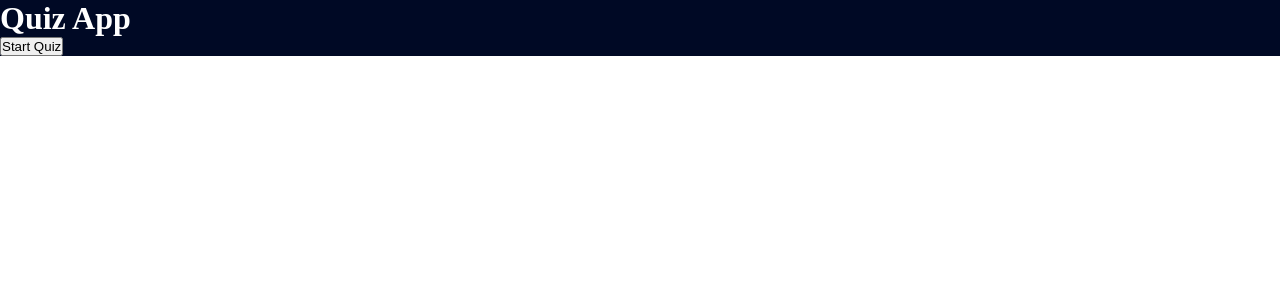
Repository: 1medi/pocketprof
Page: /QuizPage
These files come from the project's save history. The page is drawn as it stood at one moment and after the next save; the edit follows.
The browser window is 1280 px wide. The pictures show the whole page.
The project was rebuilt for these pictures with package versions that can differ from the ones it lists, and the page was loaded fresh each time. The framework's server and built-in components were replaced by stand-ins that run in the browser. Also part of the build but not shown: next.config.mjs.

Above is the page before, as saved 2024-04-08 10:41:37.

### pages/QuizPage.js
import Head from "next/head";
import styles from "@/styles/QuizPage.module.css";
import Link from "next/link";


export default function QuizPage() {
  return (
    <>
      <Head>
        <title>Quiz Page</title>
        <meta name="description" content="Quiz section" />
        <meta name="viewport" content="width=device-width, initial-scale=1" />
        <link rel="icon" href="/favicon.ico" />
      </Head>
      <main className={`${styles.main}`}>
      <div className={styles.container}>
        <h1 className={styles.title}>Quiz App</h1>
        <Link href='/quiz/page'>
        <button className={styles.btn}>Start Quiz</button>
        </Link>
      </div>
      </main>
    </>
  );
}

### styles/globals.css
:root {
background-color: white;
align-content: center;
--main-color-purple: #8E71D5;
--main-color-lightpurple: #CCBFED;
--secondary-color-blue: #9AB7F9;
--secondary-color-lightblue: #CCE3FB;

--main-font: "mont", sans-serif;


}


* {
    padding: 0;
    margin: 0;
  }

  ol,
  ul {
    list-style: none;
  }

### styles/QuizPage.module.css

.main{
    overflow-x: hidden;
    background-color: #000925;

  }

  .title{
    color: white;
  }

Loaded but not shown: pages/_app.js (common file); pages/_document.js (common file)

After the next save:
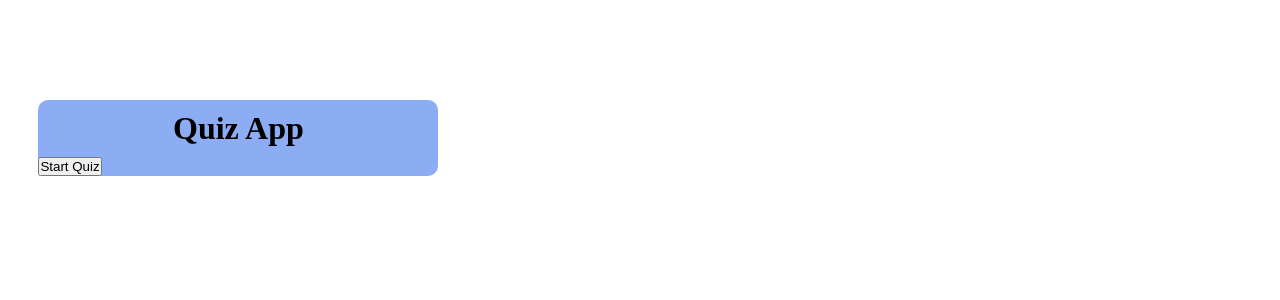
Saved 65 s later.
--- a/styles/QuizPage.module.css
+++ b/styles/QuizPage.module.css
@@ -1,10 +1,32 @@
+.main {
+  overflow-x: hidden;
+}
 
-.main{
-    overflow-x: hidden;
-    background-color: #000925;
+.container {
+  max-width: 400px;
+  max-height: 932px;
+  height: 100%;
+  width: 100%;
+  background-color: #8CACF4;
+  position: relative;
+  display: flex;
+  flex-direction: column;
+  margin-top: 100px;
+  margin-left:3%;
+  border-radius: 10px;
+}
 
-  }
+.title{
+  text-align: center;
+  padding:10px;
+}
 
-  .title{
-    color: white;
-  }
+.descriptionContainer{
+  text-align: center;
+  padding:10px
+}
+
+.buttonContainer {
+  text-align: center;
+  padding: 10px;
+}
